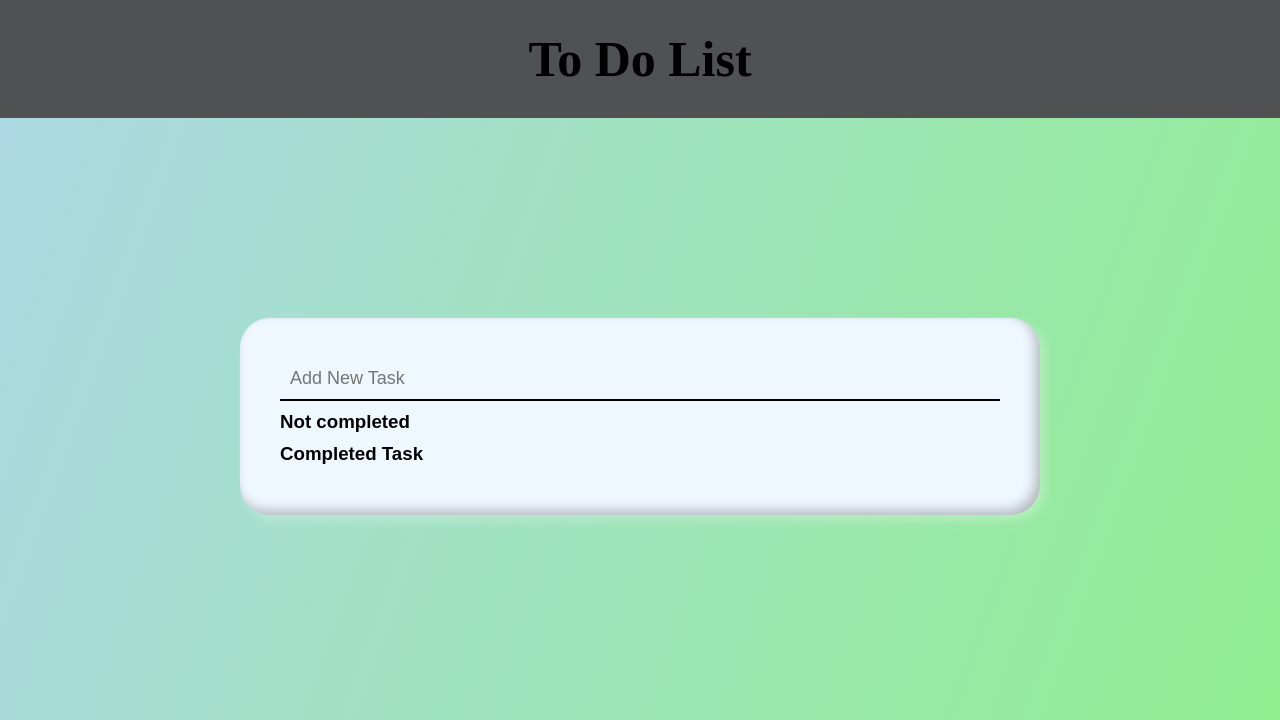
Repository: Mayur2905/OIBSIP
Page: Task-6/index.html
An editor plug-in stored every save of this project. The page is shown before and after the next save, followed by the edit.
The browser window is 1280 px wide. The pictures show the whole page.

Above is the page before, as saved 2022-02-05 21:55:10.

After the next save:
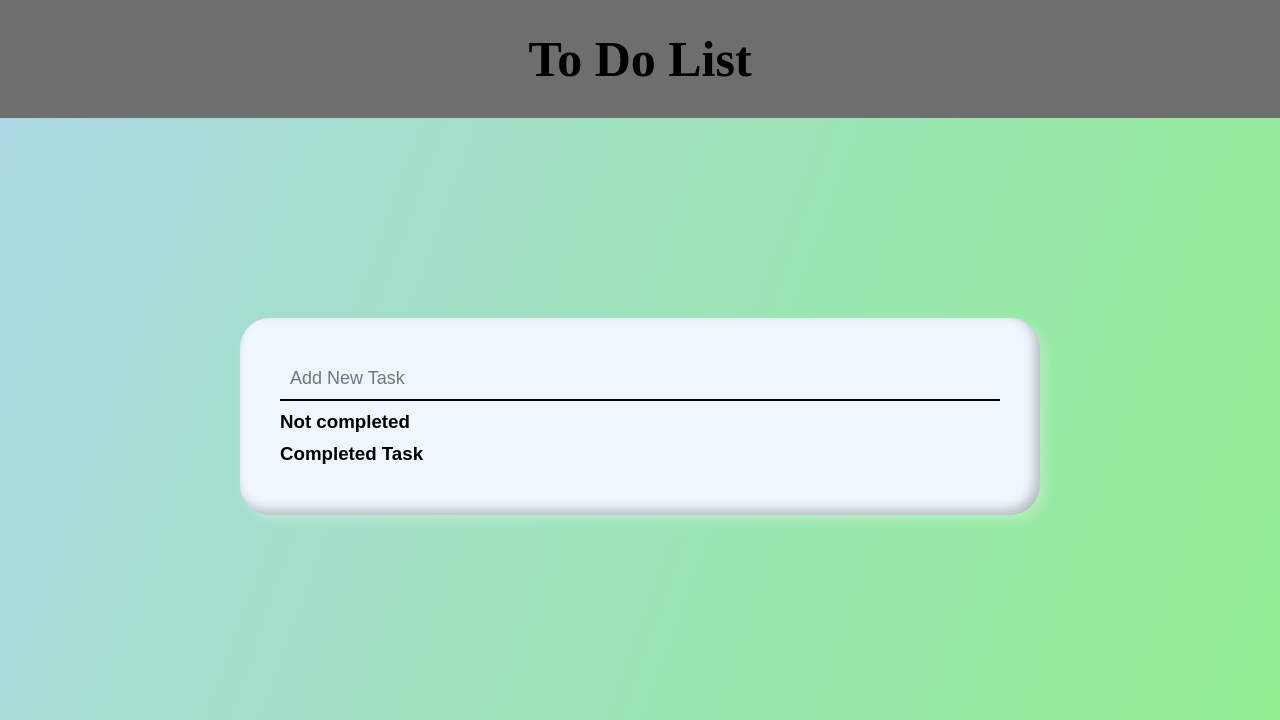
Saved 14 s later.
--- a/Task-6/style.css
+++ b/Task-6/style.css
@@ -10,7 +10,7 @@ body {
 }
 
 h1 {
-  background-color: rgb(80, 81, 82);
+  background-color: rgb(109, 110, 110);
   padding: 30px;
   font-size: 50px;
   font-weight: 300px;
